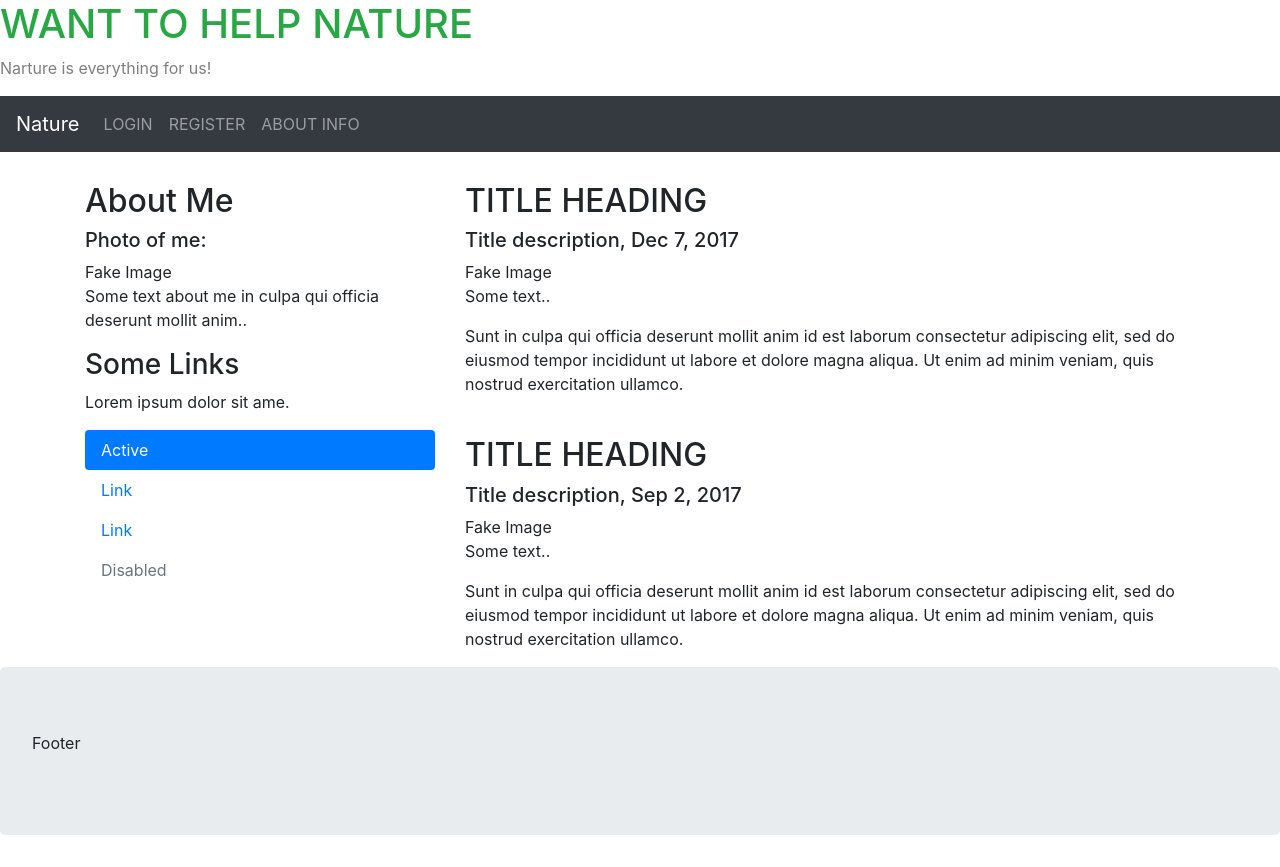
Repository: Apoorvasuswaram/cts
Page: appu/WebContent/main.html
An editor plug-in stored every save of this project. The page is shown before and after the next save, followed by the edit.
The browser window is 1280 px wide. The pictures show the whole page.

Above is the page before, as saved 2020-01-18 11:51:18.

### appu/WebContent/main.html
<!DOCTYPE html>
<html lang="en">
<head>
  <title>WANT TO HELP NATURE</title>
  <meta charset="utf-8">
  <meta name="viewport" content="width=device-width, initial-scale=1">
  <link rel="stylesheet" href="https://maxcdn.bootstrapcdn.com/bootstrap/4.4.1/css/bootstrap.min.css">
  <script src="https://ajax.googleapis.com/ajax/libs/jquery/3.4.1/jquery.min.js"></script>
  <script src="https://cdnjs.cloudflare.com/ajax/libs/popper.js/1.16.0/umd/popper.min.js"></script>
  <script src="https://maxcdn.bootstrapcdn.com/bootstrap/4.4.1/js/bootstrap.min.js"></script>
  <style>
  .fakeimg{
  .rounded_circle {
  <img src="beautiful.jpg" class="rounded-circle" alt="Nature" width="304" height="236">
    height: 200px;
    background: #aaa;
  }
  }
  </style>
</head>
<body>

<div class="text-black-50" class="jumbotron text-center text-danger" style="margin-bottom:10" >
  <h1 class="text-success">WANT TO HELP NATURE</h1>
  <p>Narture is everything for us!</p>
</div>

<nav class="navbar navbar-expand-sm bg-dark navbar-dark">
  <a class="navbar-brand" href="https://www.nature.com/">Nature</a>
  <button class="navbar-toggler" type="button" data-toggle="collapse" data-target="#collapsibleNavbar">
    <span class="navbar-toggler-icon"></span>
  </button>
  <div class="collapse navbar-collapse" id="collapsibleNavbar">
    <ul class="navbar-nav">
      <li class="nav-item">
        <a class="nav-link" href="a.html">LOGIN</a>
      </li>
      <li class="nav-item">
        <a class="nav-link" href="b.html">REGISTER</a>
      </li>
      <li class="nav-item">
        <a class="nav-link" href="c.html">ABOUT INFO</a>
      </li>
    </ul>
  </div>
</nav>

<div class="container" style="margin-top:30px">
  <div class="row">
    <div class="col-sm-4">
      <h2>About Me</h2>
      <h5>Photo of me:</h5>
      <div class="fakeimg">Fake Image</div>
      <p>Some text about me in culpa qui officia deserunt mollit anim..</p>
      <h3>Some Links</h3>
      <p>Lorem ipsum dolor sit ame.</p>
      <ul class="nav nav-pills flex-column">
        <li class="nav-item">
          <a class="nav-link active" href="#">Active</a>
        </li>
        <li class="nav-item">
          <a class="nav-link" href="#">Link</a>
        </li>
        <li class="nav-item">
          <a class="nav-link" href="#">Link</a>
        </li>
        <li class="nav-item">
          <a class="nav-link disabled" href="#">Disabled</a>
        </li>
      </ul>
      <hr class="d-sm-none">
    </div>
    <div class="col-sm-8">
      <h2>TITLE HEADING</h2>
      <h5>Title description, Dec 7, 2017</h5>
      <div class="fakeimg">Fake Image</div>
      <p>Some text..</p>
      <p>Sunt in culpa qui officia deserunt mollit anim id est laborum consectetur adipiscing elit, sed do eiusmod tempor incididunt ut labore et dolore magna aliqua. Ut enim ad minim veniam, quis nostrud exercitation ullamco.</p>
      <br>
      <h2>TITLE HEADING</h2>
      <h5>Title description, Sep 2, 2017</h5>
      <div class="fakeimg">Fake Image</div>
      <p>Some text..</p>
      <p>Sunt in culpa qui officia deserunt mollit anim id est laborum consectetur adipiscing elit, sed do eiusmod tempor incididunt ut labore et dolore magna aliqua. Ut enim ad minim veniam, quis nostrud exercitation ullamco.</p>
    </div>
  </div>
</div>

<div class="jumbotron" style="margin-top:10">
  <p>Footer</p>
</div>

</body>
</html>

After the next save:
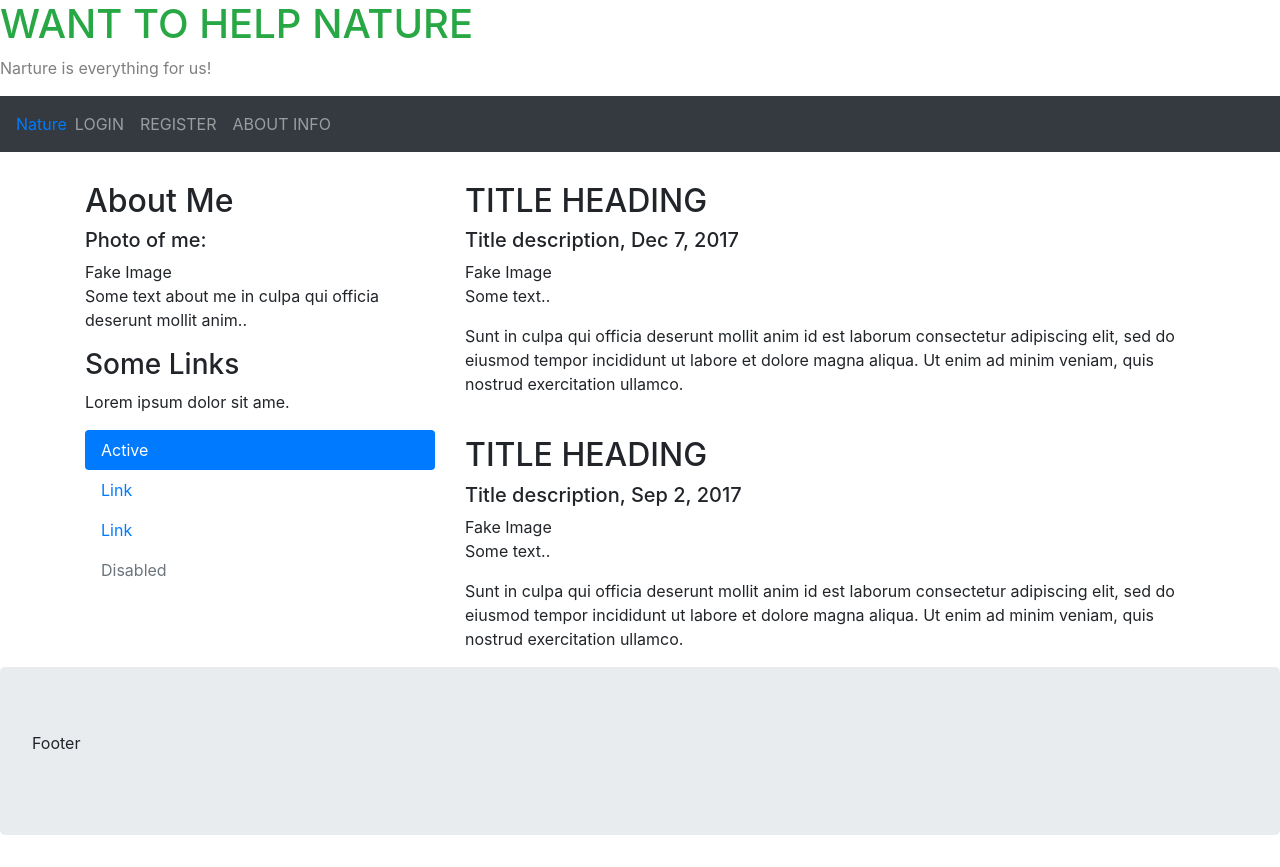
Saved 49 s later.
--- a/appu/WebContent/main.html
+++ b/appu/WebContent/main.html
@@ -26,7 +26,7 @@
 </div>
 
 <nav class="navbar navbar-expand-sm bg-dark navbar-dark">
-  <a class="navbar-brand" href="https://www.nature.com/">Nature</a>
+  <a class="nature" href="https://www.nature.com/">Nature</a>
   <button class="navbar-toggler" type="button" data-toggle="collapse" data-target="#collapsibleNavbar">
     <span class="navbar-toggler-icon"></span>
   </button>
